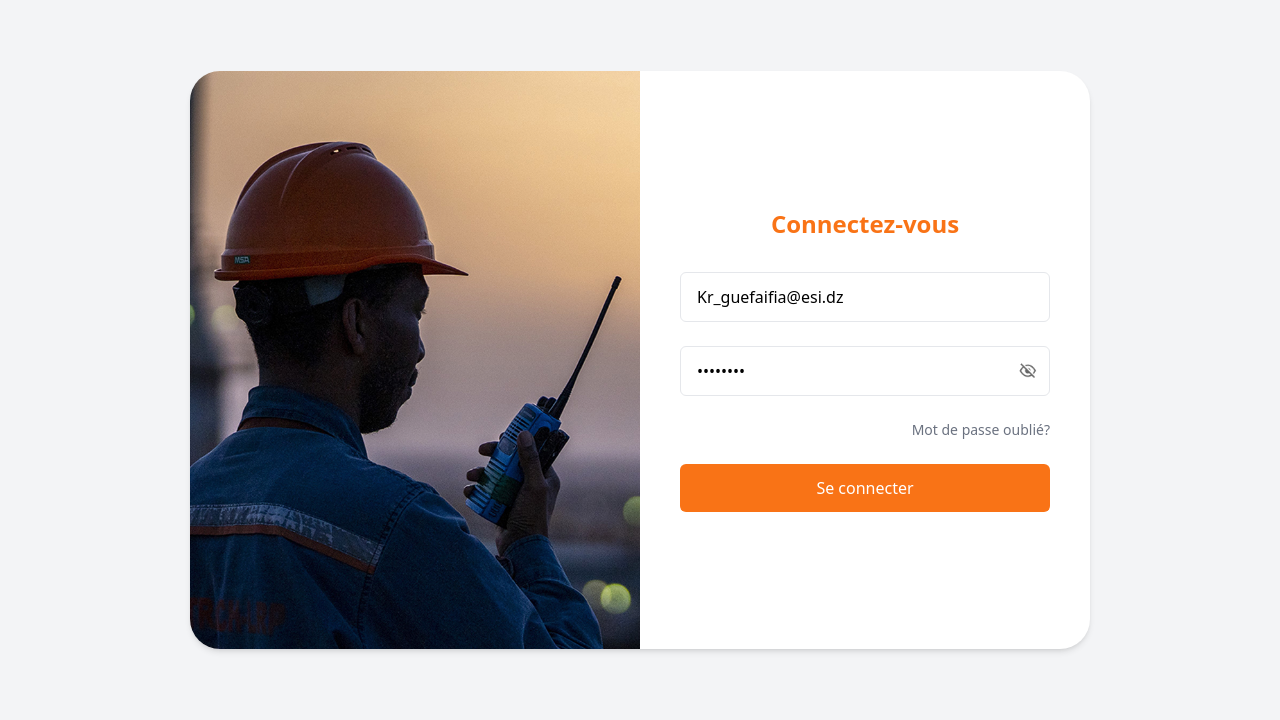
Repository: 123455675848484848484884848484/Projet_2cs
Page: / (app in front/)
An editor plug-in stored every save of this project. The page is shown before and after the next save, followed by the edit.
The browser window is 1280 px wide. The pictures show the whole page.
The project was rebuilt for these pictures with package versions that can differ from the ones it lists, and the page was loaded fresh each time. Also part of the build but not shown: front/src/App.css.

Above is the page before, as saved 2025-04-23 17:33:00.

### front/src/App.jsx

import './App.css';
// App.jsx
import React from "react";
import Login from "./Login";
import LancerPuit from './LancerPuit';

function App() {
  return <Login />;
}

export default App;

### front/src/Login.jsx
import React, { useState } from "react";

const Login = () => {
  const [showPassword, setShowPassword] = useState(false);
  const [email, setEmail] = useState("Kr_guefaifia@esi.dz");
  const [error, setError] = useState("");

  const handleSubmit = (e) => {
    e.preventDefault();
    if (!email.includes("@")) {
      setError("L'adresse email doit contenir un '@'");
      return;
    }
    setError("");
    alert("Connexion réussie !");
  };

  return (
    <div className="min-h-screen flex items-center justify-center bg-gray-100">
    <div className="flex w-[900px] overflow-hidden shadow-md rounded-[30px] bg-white">
      {/* Image gauche */}
      <div className="w-1/2">
        <img
          src="/login.png"
          alt="worker"
          className="h-full w-full object-cover"
          id="login-image"
        />
      </div>

      {/* Formulaire */}
      <div className="w-1/2 flex flex-col justify-center px-10 py-12">
        <h2
          className="text-2xl font-bold text-orange-500 mb-8 text-center"
          id="login-title"
        >
          Connectez-vous
        </h2>

        <form className="space-y-6" onSubmit={handleSubmit} id="login-form">
          {/* Email */}
          <div>
            <label htmlFor="email-input" className="sr-only">Email</label>
            <input
              id="email-input"
              type="email"
              placeholder="Email"
              value={email}
              onChange={(e) => setEmail(e.target.value)}
              className="w-full px-4 py-3 border rounded-md focus:outline-none focus:ring-2 focus:ring-orange-400"
            />
            {error && (
              <p className="text-red-500 text-sm mt-1" id="email-error">
                {error}
              </p>
            )}
          </div>

          {/* Mot de passe */}
          <div className="relative">
            <label htmlFor="password-input" className="sr-only">Mot de passe</label>
            <input
              id="password-input"
              type={showPassword ? "text" : "password"}
              placeholder="Mot de passe"
              defaultValue="password"
              className="w-full px-4 py-3 border rounded-md focus:outline-none focus:ring-2 focus:ring-orange-400"
            />
            <span
              id="toggle-password-visibility"
              onClick={() => setShowPassword(!showPassword)}
              className="absolute inset-y-0 right-3 flex items-center cursor-pointer"
            >
              {showPassword ? (
                <span className="text-gray-500 text-lg">👁️</span>
              ) : (
                <img
                  src="/icon.png"
                  alt="hidden"
                  className="w-5 h-5"
                  id="hidden-icon"
                />
              )}
            </span>
          </div>

          {/* Lien oublié */}
          <div className="text-right text-sm text-gray-500">
            <a href="#" className="hover:underline" id="forgot-password-link">
              Mot de passe oublié?
            </a>
          </div>

          {/* Bouton */}
          <button
            id="submit-login-button"
            type="submit"
            className="w-full bg-orange-500 hover:bg-orange-600 text-white font-medium py-3 rounded-md transition"
          >
            Se connecter
          </button>
        </form>
      </div>
    </div>
  </div>
  );
};

export default Login;

### front/src/LancerPuit.jsx
import React, { useState } from "react";

const LancerPuit = () => {
  const [dateDebut, setDateDebut] = useState("");

  const handleSubmit = (e) => {
    e.preventDefault();
    alert(`Date de début sélectionnée : ${dateDebut}`);
  };

  return (
    <div className="flex h-screen overflow-hidden">
      {/* Partie gauche : formulaire */}
      <div className="w-1/2 bg-[#f9f9f9] flex flex-col justify-center px-20">
        <div className="max-w-md">
          <h1 className="text-[48px] leading-tight font-bold text-orange-600">
            Lancer un <br /> Puit
          </h1>

          <p className="text-[16px] text-gray-600 mt-6 mb-10">
            For marketplace sellers looking to grow their business, metaverse offers the best platform.
          </p>

          <form onSubmit={handleSubmit} className="space-y-6">
            <div>
              <label htmlFor="dateDebut" className="block text-[16px] text-gray-800 font-medium mb-2">
                Date début
              </label>
              <input
                type="date"
                id="dateDebut"
                value={dateDebut}
                onChange={(e) => setDateDebut(e.target.value)}
                placeholder="jj/mm/aaaa"
                className="w-full border-2 border-orange-500 rounded-md px-4 py-3 placeholder-gray-400 focus:outline-none focus:ring-2 focus:ring-orange-600"
                required
              />
            </div>
            <button
  type="submit"
  className="bg-orange-600 hover:bg-orange-700 text-white text-[16px] font-semibold py-3 px-16 rounded-[8px] transition mx-auto block"
   >
  Suivant
</button>
          </form>
        </div>
      </div>

      {/* Partie droite : image */}
      <div className="w-1/2 h-full">
        <img
          src="/lancerp.png" // assure-toi que l’image est dans le dossier `public`
          alt="Site industriel"
          className="w-full h-full object-cover"
        />
      </div>
    </div>
  );
};

export default LancerPuit;

Loaded but not shown: front/public/index.html (common file); front/src/index.js (common file); front/src/index.css (common file); front/src/reportWebVitals.js (common file); front/tailwind.config.js (common file)

After the next save:
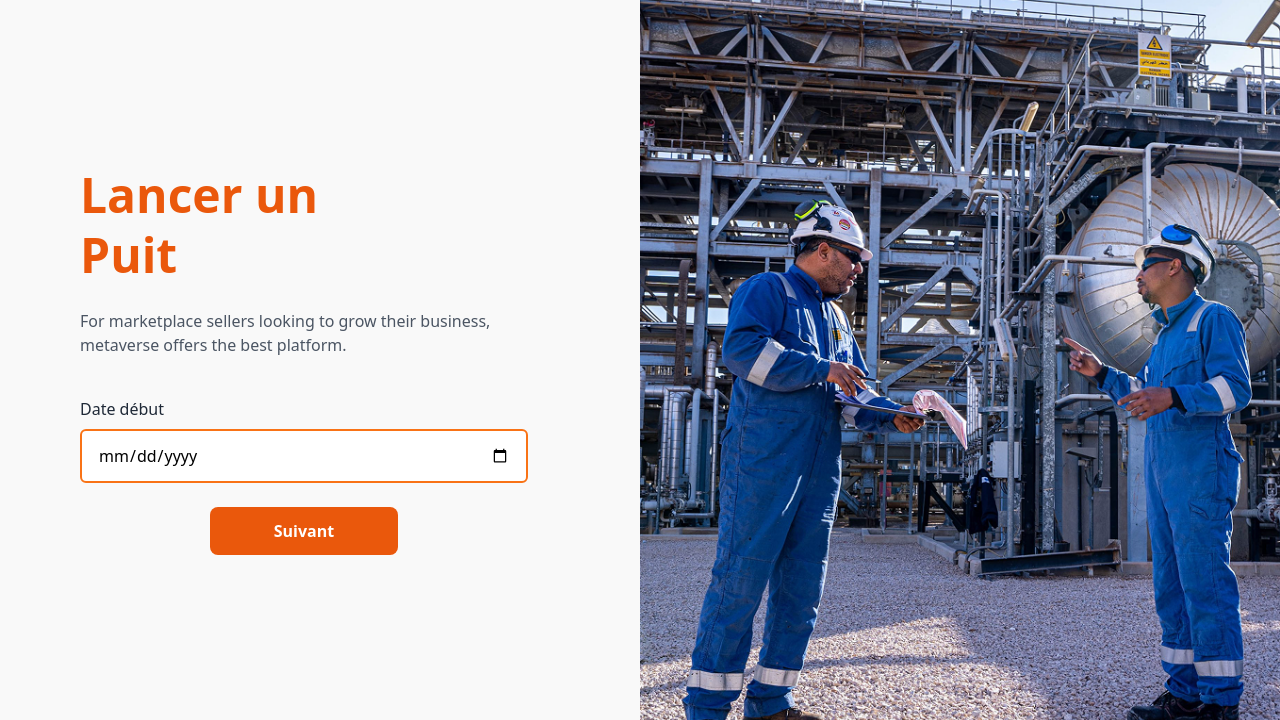
Saved 24 s later.
--- a/front/src/App.jsx
+++ b/front/src/App.jsx
@@ -6,7 +6,7 @@ import Login from "./Login";
 import LancerPuit from './LancerPuit';
 
 function App() {
-  return <Login />;
+  return <LancerPuit />;
 }
 
 export default App;
